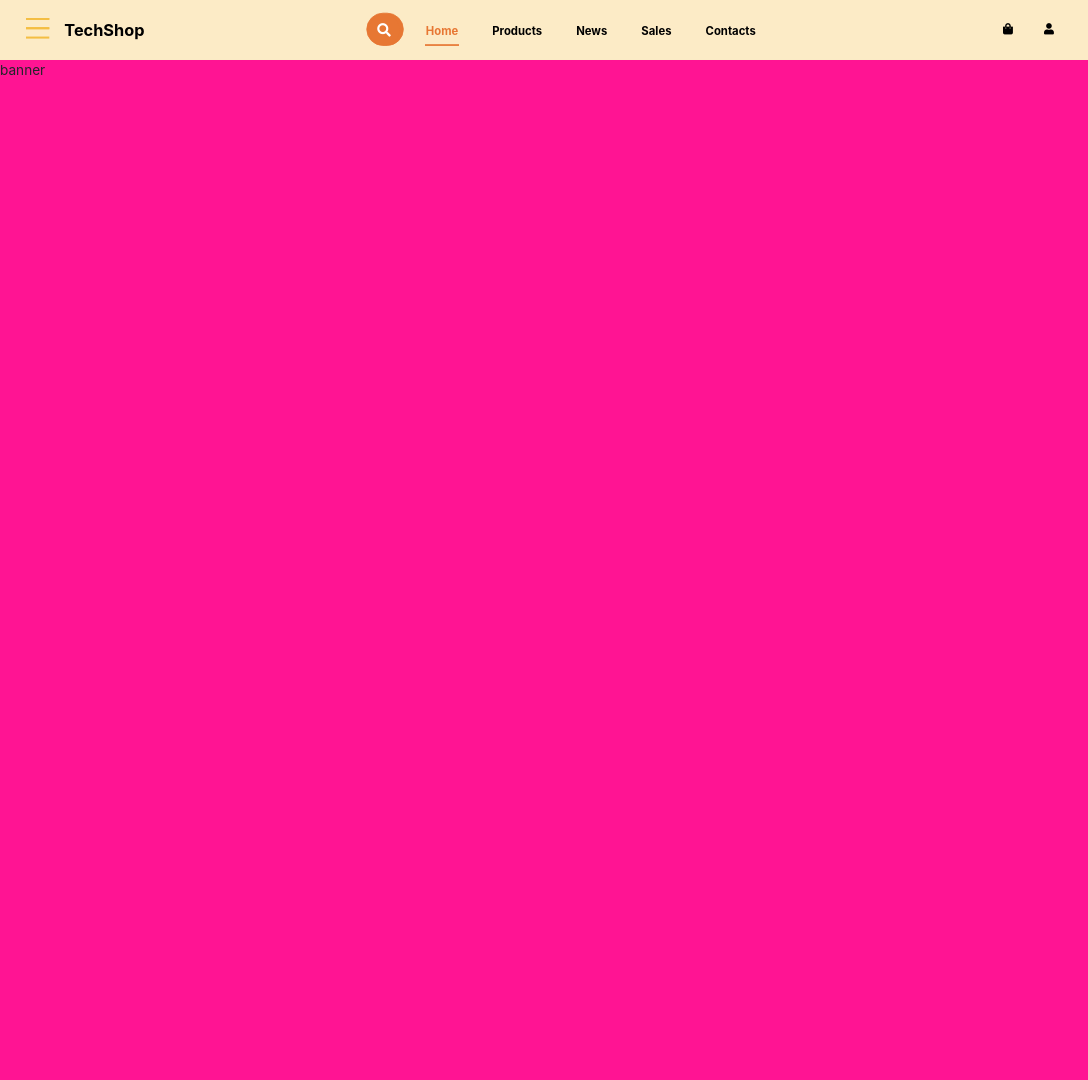
Repository: dinhngocup/TechShop
Page: /home
These files come from the project's save history. The page is drawn as it stood at one moment and after the next save; the edit follows.
The browser window is 1280 px wide. The pictures show the whole page, at 85% of full size.
Some web libraries are served in a nearby version. The project was rebuilt for these pictures with package versions that can differ from the ones it lists, and the page was loaded fresh each time. Also part of the build but not shown: src/App.css, src/components/news.jsx.

Above is the page before, as saved 2021-03-17 21:37:59.

After the next save:
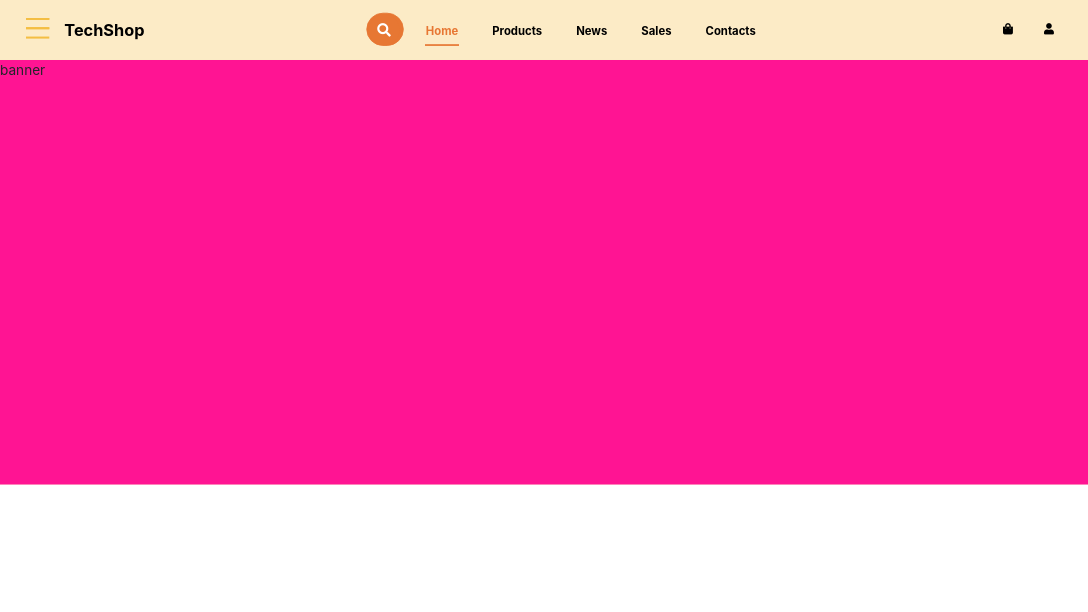
Saved 19 s later.
--- a/src/components/Home/Banner/_banner.scss
+++ b/src/components/Home/Banner/_banner.scss
@@ -1,5 +1,5 @@
 .banner {
     width: 100%;
-    height: 1200px;
+    height: 500px;
     background-color: deeppink;
 }
